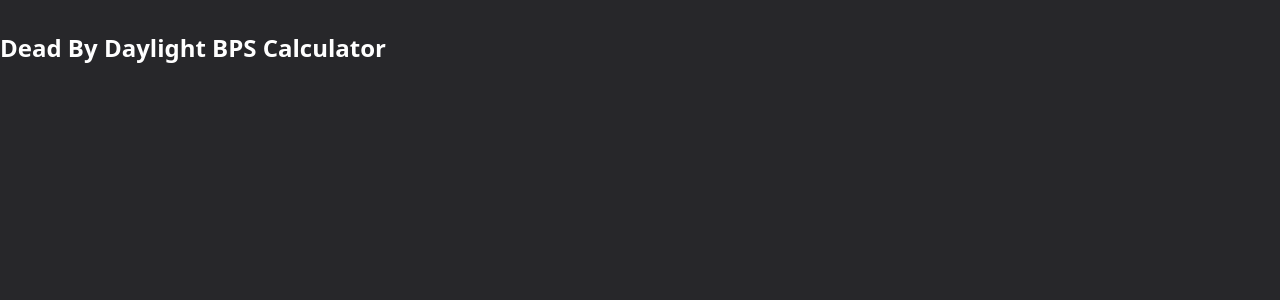
Repository: serhatgundogdu/Survivor-Bloodpoint-Calculator
Page: /
These files come from the project's save history. The page is drawn as it stood at one moment and after the next save; the edit follows.
The browser window is 1280 px wide. The pictures show the whole page.
The project was rebuilt for these pictures with package versions that can differ from the ones it lists, and the page was loaded fresh each time. Also part of the build but not shown: vite.config.js.

Above is the page before, as saved 2023-06-13 14:47:19.

### src/App.jsx
function App() {
  return (
    <div className="container mx-auto mt-8">
      <header>
        <h1 className="text-2xl font-bold">Dead By Daylight BPS Calculator</h1>
      </header>
    </div>
  );
}

export default App;

### src/index.css
@tailwind base;
@tailwind components;
@tailwind utilities;

@layer components {
  body {
    @apply bg-zinc-800 text-white;
  }
}

Loaded but not shown: index.html (common file); src/main.jsx (common file); tailwind.config.js (common file)

After the next save:
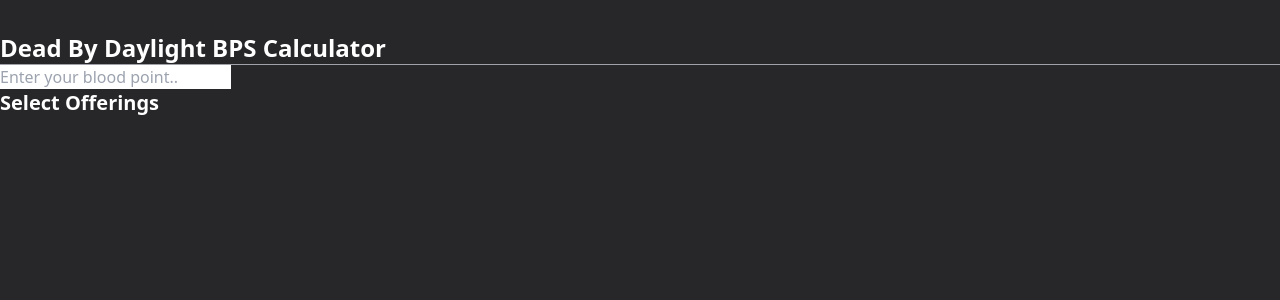
Saved 22 s later.
--- a/src/App.jsx
+++ b/src/App.jsx
@@ -1,9 +1,17 @@
 function App() {
   return (
     <div className="container mx-auto mt-8">
-      <header>
+      <header className="w-full border-b border-zinc-400">
         <h1 className="text-2xl font-bold">Dead By Daylight BPS Calculator</h1>
       </header>
+
+      <section>
+        <input type="number" placeholder="Enter your blood point.." />
+      </section>
+
+      <section>
+        <h2 className="text-xl font-bold">Select Offerings</h2>
+      </section>
     </div>
   );
 }
